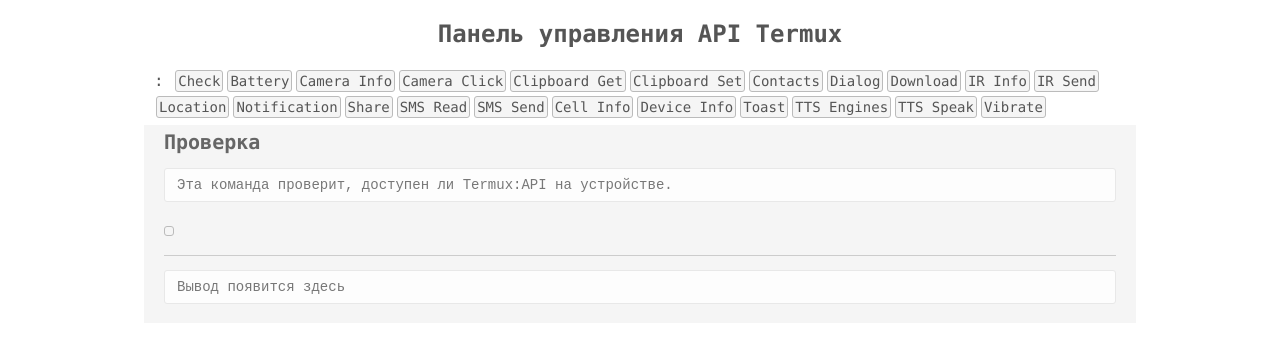
Repository: easy-quest/PHP-Termux-API
Page: http://localhost/api.php
The author's editor kept a copy of each file at every save. The page is drawn from the files as they stood at one save, then again after the next save.
The browser window is 1280 px wide. The pictures show the whole page.
The page is run by PHP 8.4 with error messages shown; the project is at /var/www/html/.

Above is the page before, as saved 2021-12-02 01:58:20.

After the next save:
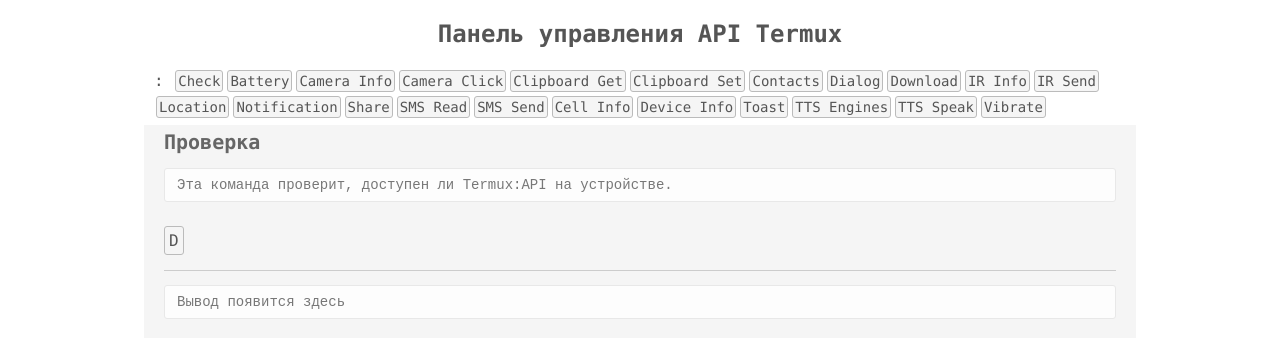
Saved 100 s later.
--- a/api.php
+++ b/api.php
@@ -129,7 +129,7 @@
         <span style="">Enter parameters : </span>
         <input id="paramInput">
       </div>
-      <div onclick="execute()" class="execute btn"></div>
+      <div onclick="execute()" class="execute btn">D</div>
     </div>
     <div style="border-top:solid 1px #ccc;width:100%;height:1px;margin:auto;margin-top:15px;margin-bottom:5px;"></div>
     <pre><code id= "response"></code></pre>

After the save that followed:
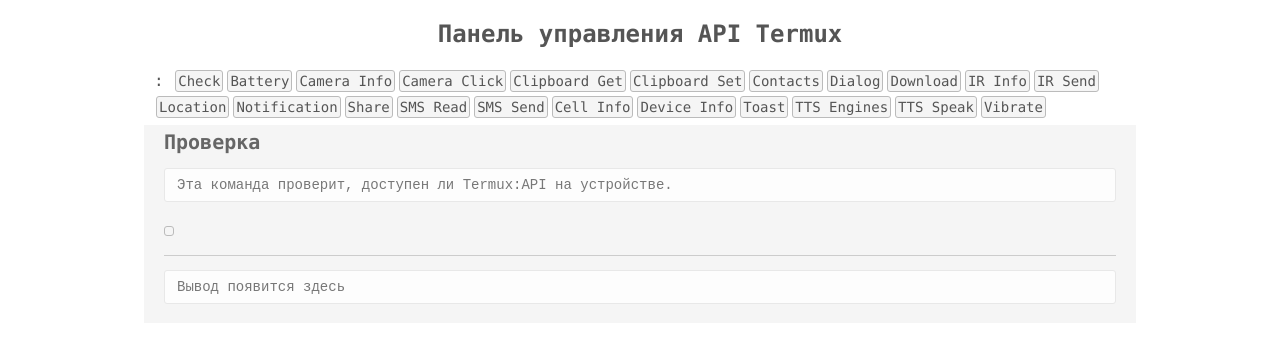
Saved 7 s later.
--- a/api.php
+++ b/api.php
@@ -129,7 +129,7 @@
         <span style="">Enter parameters : </span>
         <input id="paramInput">
       </div>
-      <div onclick="execute()" class="execute btn">D</div>
+      <div onclick="execute()" class="execute btn"></div>
     </div>
     <div style="border-top:solid 1px #ccc;width:100%;height:1px;margin:auto;margin-top:15px;margin-bottom:5px;"></div>
     <pre><code id= "response"></code></pre>
